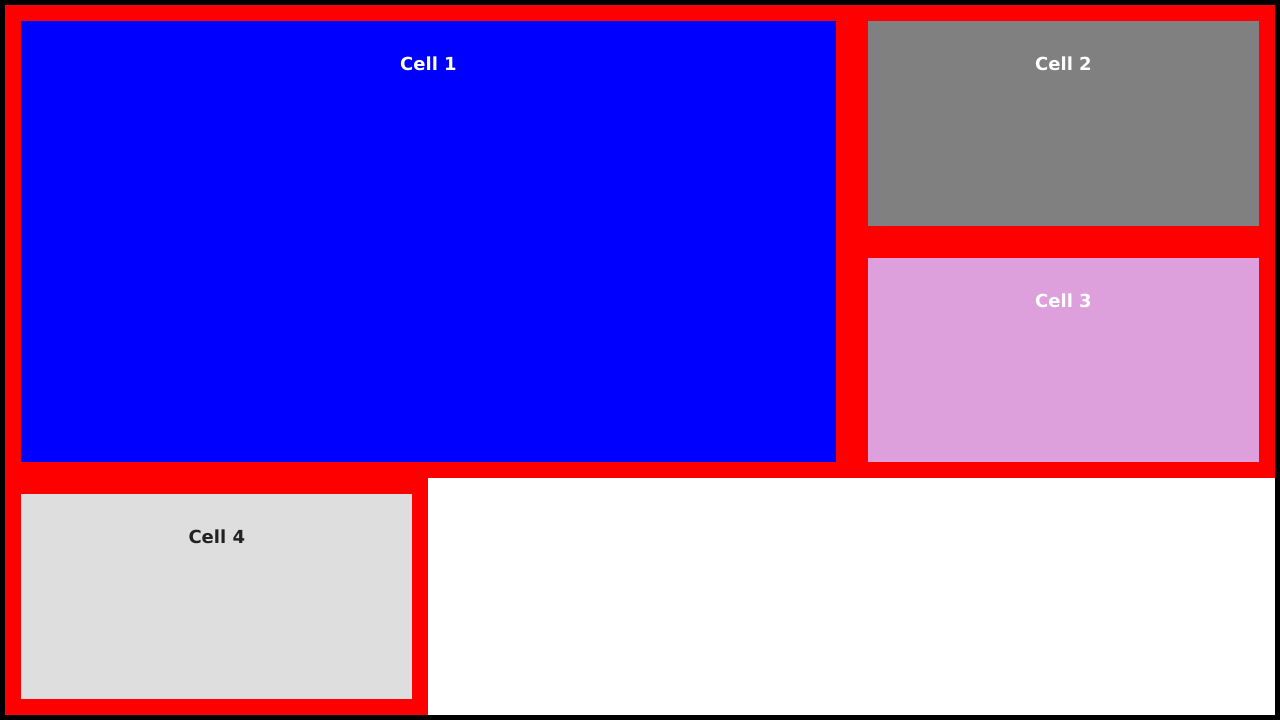
Repository: Ndifoinhilary/css_grid
Page: css-grid-learn/index.html
These files come from the project's save history. The page is drawn as it stood at one moment and after the next save; the edit follows.
The browser window is 1280 px wide. The pictures show the whole page.

Above is the page before, as saved 2024-01-27 05:28:49.

### css-grid-learn/index.html
<!DOCTYPE html>
<html lang="en">
<head>
    <meta charset="UTF-8">
    <meta name="viewport" content="width=device-width, initial-scale=1.0">
    <title>Css grid</title>
    <link rel="stylesheet" href="/css-grid-learn/main.css">
</head>
<body>
    <div class="container">
        <div class="cell class-1  ">cell 1</div>
        <div class="cell class-2">cell 2</div>
        <div class="cell class-3">cell 3</div>
        <div class="cell class-4">cell 4</div>
    </div>
</body>
</html>

### css-grid-learn/main.css
*{
    margin: 0;
    padding: 0;
    box-sizing: border-box;
}

body{
    font-family: Verdana, Geneva, Tahoma, sans-serif;
    color: #222;
}

.container{
    border: 5px solid black;
}

.cell{
    background: #dedede;
    text-transform: capitalize;
    text-align: center;
    font-weight: bold;
    padding: 2rem;
    font-size: large;
    border:1rem solid red;
}

.container{
    height: 100vh;
    display: grid;
   justify-content: center;
   grid-template-columns: 1fr 1fr 1fr;
}


.class-1{
    color: white;
    background: blue;
   grid-row: 1/3;
   grid-column: 1/3;
}
.class-2{
    color: white;
    background:gray;
}
.class-3{
    color: white;
    background:plum;
}

After the next save:
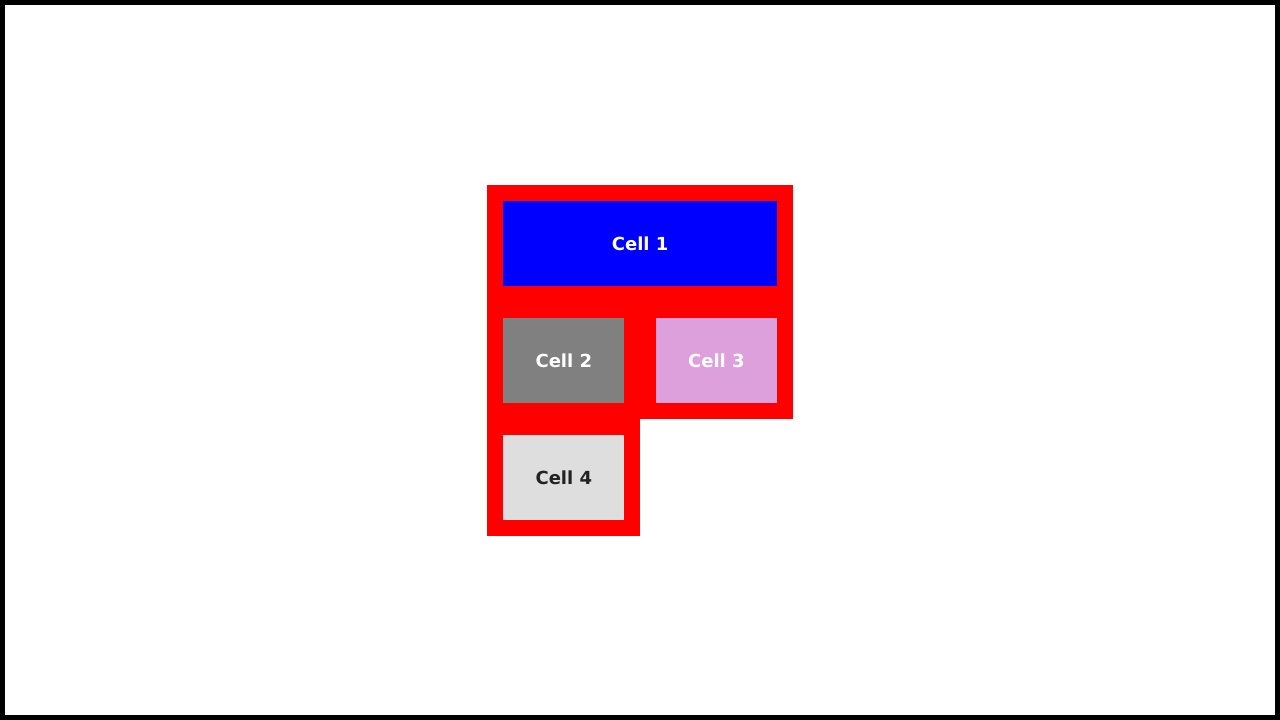
Saved 33 s later.
--- a/css-grid-learn/main.css
+++ b/css-grid-learn/main.css
@@ -27,7 +27,8 @@ body{
     height: 100vh;
     display: grid;
    justify-content: center;
-   grid-template-columns: 1fr 1fr 1fr;
+   /* grid-template-columns: 1fr 1fr 1fr; */
+   align-content: center;
 }
 
 
